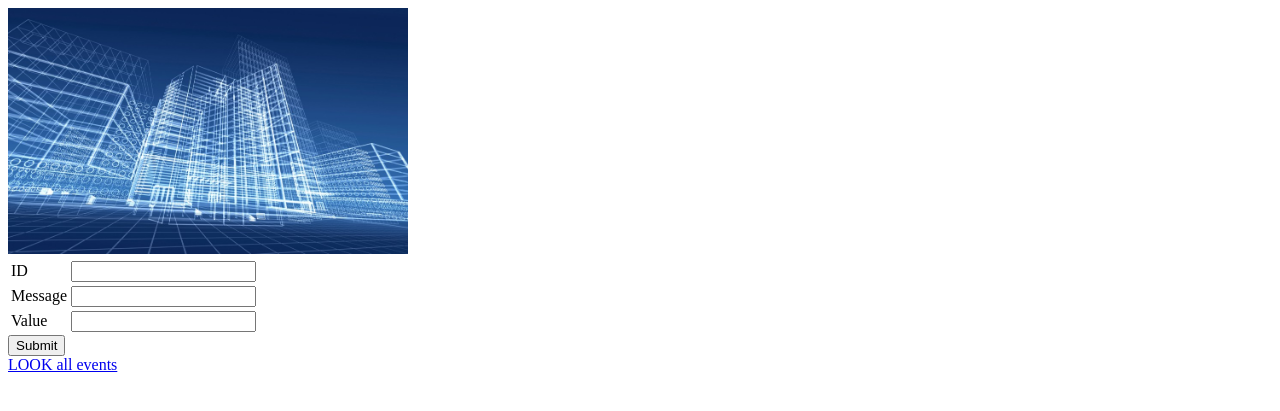
Repository: Talito/translateet
Page: Translit/src/main/webapp/addevent.html
The author's editor kept a copy of each file at every save. The page is drawn from the files as they stood at one save, then again after the next save.
The browser window is 1280 px wide. The pictures show the whole page.

Above is the page before, as saved 2016-03-01 13:04:19.

After the next save:
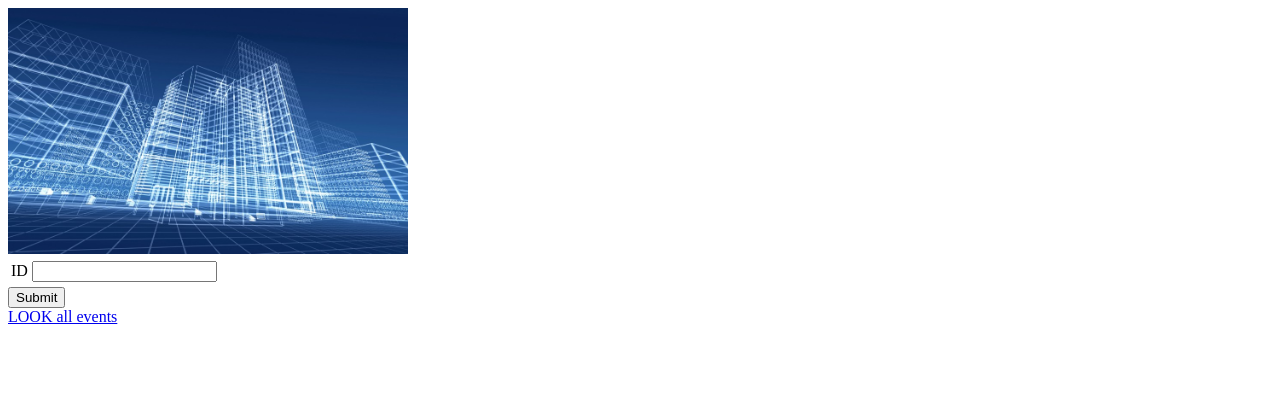
Saved 15 s later.
--- a/Translit/src/main/webapp/addevent.html
+++ b/Translit/src/main/webapp/addevent.html
@@ -12,13 +12,6 @@
 				<td><input type="number" pattern="\d+" name="id"></td>
 			</tr>
 			<tr>
-				<td><label for="message">Message</label></td>
-				<td><input type="text" name="message"></td>
-			</tr>
-			<tr>
-				<td><label for="value">Value</label></td>
-				<td><input type="number" pattern="\d+" name="value"></td>
-			</tr>
 		</table>
 		<input type="submit" value="Submit">
 	</form>

After the save that followed:
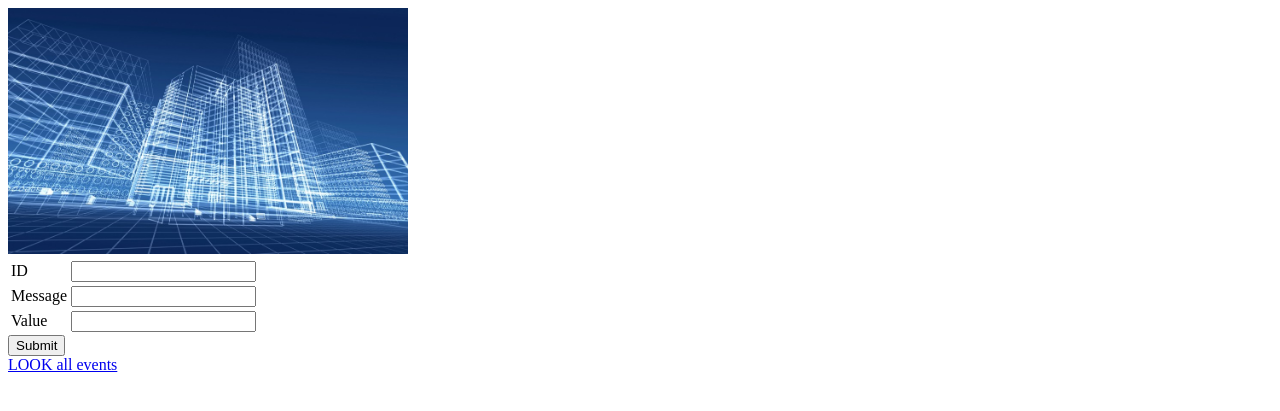
Saved 5 min 40 s later.
--- a/Translit/src/main/webapp/addevent.html
+++ b/Translit/src/main/webapp/addevent.html
@@ -5,13 +5,20 @@
 </head>
 <body>
 	<img src="image.jpg" width="400">
-	<form method="POST" action="rest/users">
+	<form method="POST" action="rest/events">
 		<table>
 			<tr>
 				<td><label for="id">ID</label></td>
 				<td><input type="number" pattern="\d+" name="id"></td>
 			</tr>
 			<tr>
+				<td><label for="message">Message</label></td>
+				<td><input type="text" name="message"></td>
+			</tr>
+			<tr>
+				<td><label for="value">Value</label></td>
+				<td><input type="number" pattern="\d+" name="value"></td>
+			</tr>
 		</table>
 		<input type="submit" value="Submit">
 	</form>
